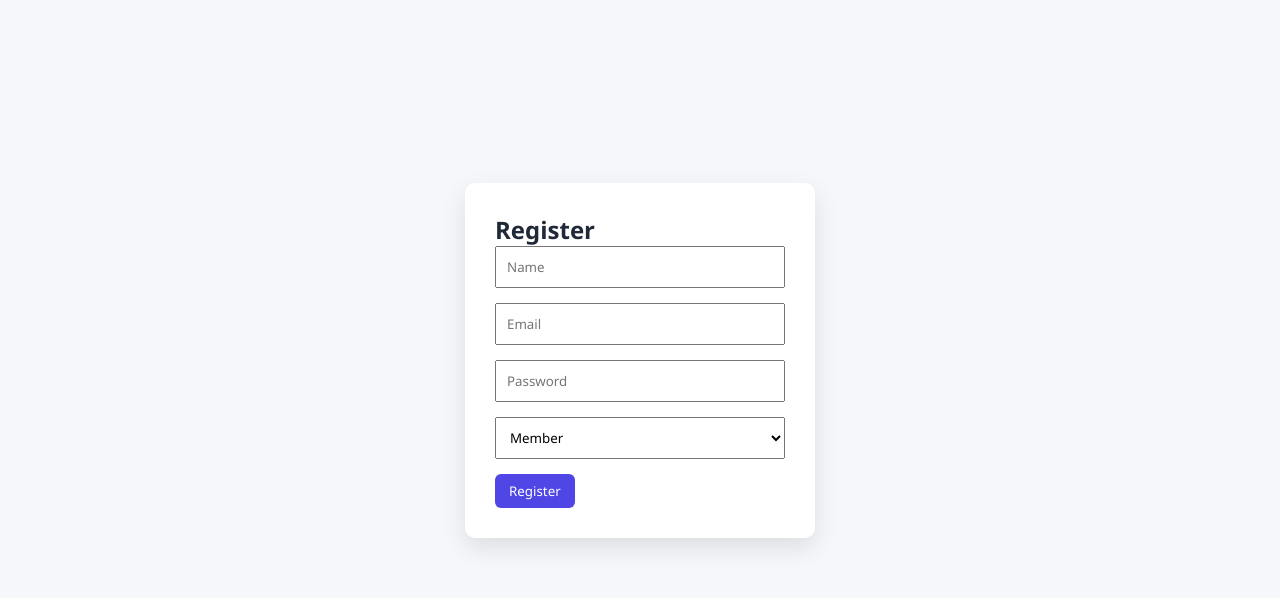
Repository: Saksham706/ethara-assignment
Page: /register (app in frontend/)
An editor plug-in stored every save of this project. The page is shown before and after the next save, followed by the edit.
The browser window is 1280 px wide. The pictures show the whole page.
The project was rebuilt for these pictures with package versions that can differ from the ones it lists, and the page was loaded fresh each time. Also part of the build but not shown: frontend/vite.config.js, frontend/src/pages/Login.jsx, frontend/src/styles/layout.css, frontend/src/components/Layout.jsx, frontend/src/styles/forms.css, frontend/src/components/ProjectForm.jsx, frontend/src/components/TaskForm.jsx, frontend/src/styles/task.css and 3 more.

Above is the page before, as saved 2026-04-30 18:23:05.

After the next save:
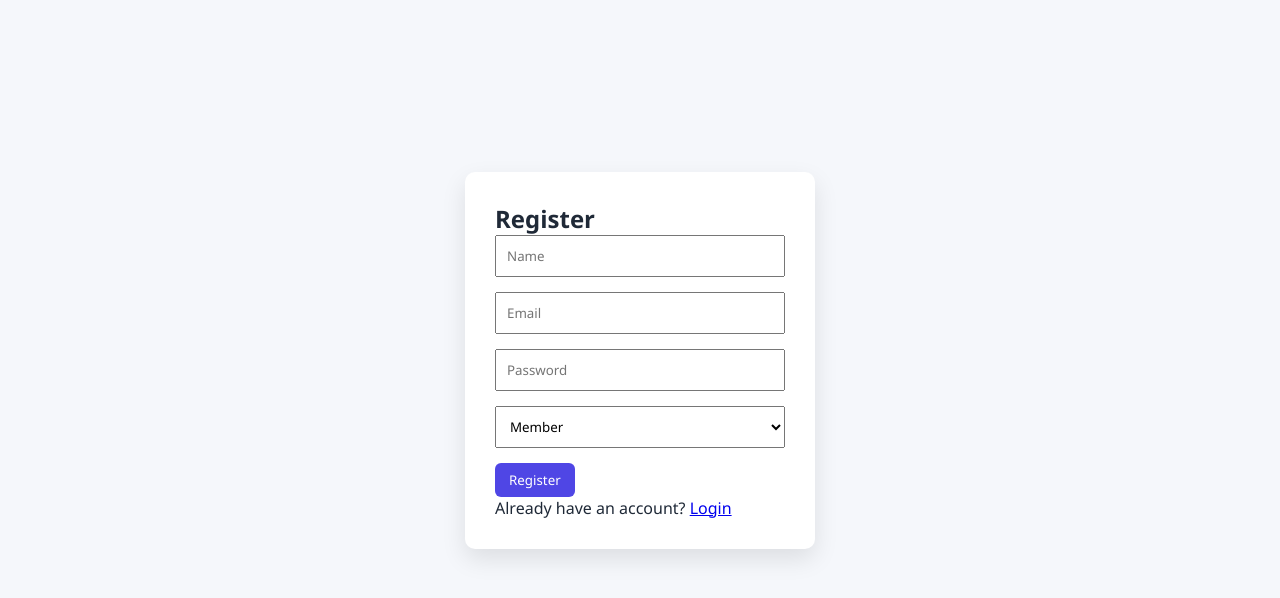
Saved 9 s later.
--- a/frontend/src/pages/Register.jsx
+++ b/frontend/src/pages/Register.jsx
@@ -1,7 +1,7 @@
 import "../styles/auth.css";
 import { useState } from "react";
 import API from "../api/axios";
-import { useNavigate } from "react-router-dom";
+import { useNavigate, Link } from "react-router-dom";
 
 export default function Register() {
   const [form, setForm] = useState({
@@ -11,27 +11,83 @@ export default function Register() {
     role: "member",
   });
 
+  const [error, setError] = useState("");
+  const [loading, setLoading] = useState(false);
+
   const navigate = useNavigate();
 
   const submit = async (e) => {
     e.preventDefault();
-    const { data } = await API.post("/auth/register", form);
-    localStorage.setItem("user", JSON.stringify(data));
-    navigate("/dashboard");
+    setError("");
+
+    if (!form.name || !form.email || !form.password) {
+      return setError("All fields are required");
+    }
+
+    try {
+      setLoading(true);
+
+      const { data } = await API.post("/auth/register", form);
+
+      localStorage.setItem("user", JSON.stringify(data));
+
+      navigate("/dashboard");
+    } catch (err) {
+      setError(err.response?.data?.message || "Registration failed");
+    } finally {
+      setLoading(false);
+    }
   };
 
   return (
     <div className="auth-container">
       <form className="auth-box" onSubmit={submit}>
         <h2>Register</h2>
-        <input placeholder="Name" onChange={(e)=>setForm({...form,name:e.target.value})}/>
-        <input placeholder="Email" onChange={(e)=>setForm({...form,email:e.target.value})}/>
-        <input type="password" placeholder="Password" onChange={(e)=>setForm({...form,password:e.target.value})}/>
-        <select onChange={(e)=>setForm({...form,role:e.target.value})}>
+
+        {error && <p className="error">{error}</p>}
+
+        <input
+          placeholder="Name"
+          value={form.name}
+          onChange={(e) =>
+            setForm({ ...form, name: e.target.value })
+          }
+        />
+
+        <input
+          placeholder="Email"
+          value={form.email}
+          onChange={(e) =>
+            setForm({ ...form, email: e.target.value })
+          }
+        />
+
+        <input
+          type="password"
+          placeholder="Password"
+          value={form.password}
+          onChange={(e) =>
+            setForm({ ...form, password: e.target.value })
+          }
+        />
+
+        <select
+          value={form.role}
+          onChange={(e) =>
+            setForm({ ...form, role: e.target.value })
+          }
+        >
           <option value="member">Member</option>
           <option value="admin">Admin</option>
         </select>
-        <button>Register</button>
+
+        <button disabled={loading}>
+          {loading ? "Creating..." : "Register"}
+        </button>
+
+        <p className="auth-switch">
+          Already have an account? <Link to="/">Login</Link>
+        </p>
       </form>
     </div>
   );
